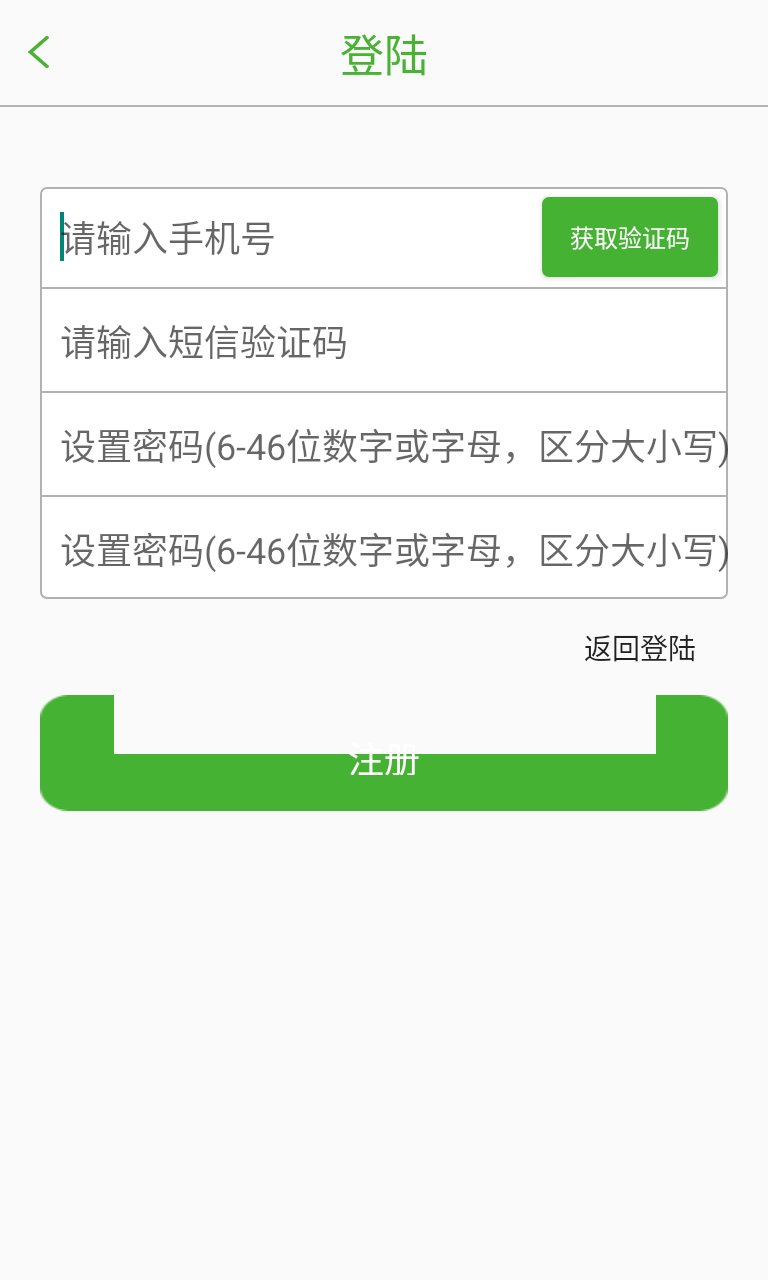
Repository: hjhlove110/XYApp
Layout: XYApp/res/layout/reg_view.xml
These files come from the project's save history. The layout is drawn as it stood at one moment and after the next save; the edit follows.
It is drawn on a 768 x 1280 px phone screen (xhdpi) without system bars, with theme AppTheme; the app's code is not run.

Above is the layout before, as saved 2015-09-24 06:58:20.

### XYApp/res/layout/reg_view.xml
<LinearLayout xmlns:android="http://schemas.android.com/apk/res/android"
    android:layout_width="fill_parent"
    android:layout_height="fill_parent"
    android:orientation="vertical" >

    <include layout="@layout/title" />

    <LinearLayout
        android:layout_width="match_parent"
        android:layout_height="wrap_content"
        android:layout_marginLeft="20dp"
        android:layout_marginRight="20dp"
        android:layout_marginTop="40dp"
        android:background="@drawable/txt_bg"
        android:orientation="vertical" >

        <LinearLayout
            android:layout_width="match_parent"
            android:layout_height="wrap_content"
            android:gravity="center_vertical"
            android:orientation="horizontal" >

            <EditText
                android:id="@+id/username"
                android:layout_width="0dp"
                android:layout_height="50dp"
                android:layout_weight="1"
                android:background="@null"
                android:digits="0123456789"
                android:hint="请输入手机号"
                android:paddingLeft="10dp"
                android:singleLine="true" >

                <requestFocus />
            </EditText>

            <Button
                android:id="@+id/getnumber"
                android:layout_width="wrap_content"
                android:layout_height="40dp"
                android:layout_margin="5dp"
                android:background="@drawable/btn_bg_shape"
                android:gravity="center"
                android:paddingLeft="10dp"
                android:paddingRight="10dp"
                android:text="获取验证码"
                android:textColor="#ffffff"
                android:textSize="12sp" >
            </Button>
        </LinearLayout>

        <View
            android:id="@+id/view1"
            android:layout_width="match_parent"
            android:layout_height="1dip"
            android:background="#b2b2b2" />

        <EditText
            android:id="@+id/msgnumber"
            android:layout_width="match_parent"
            android:layout_height="50dp"
            android:layout_marginTop="1dip"
            android:background="@null"
            android:hint="请输入短信验证码"
            android:inputType="number"
            android:paddingLeft="10dp"
            android:singleLine="true" >
        </EditText>

        <View
            android:id="@+id/view2"
            android:layout_width="match_parent"
            android:layout_height="1dip"
            android:background="#b2b2b2" />

        <EditText
            android:id="@+id/password"
            android:layout_width="match_parent"
            android:layout_height="50dp"
            android:layout_marginTop="1dip"
            android:background="@null"
            android:hint="设置密码(6-46位数字或字母，区分大小写)"
            android:inputType="textPassword"
            android:paddingLeft="10dp"
            android:singleLine="true" >
        </EditText>

        <View
            android:layout_width="match_parent"
            android:layout_height="1dip"
            android:background="#b2b2b2" />

        <EditText
            android:id="@+id/repassword"
            android:layout_width="match_parent"
            android:layout_height="50dp"
            android:layout_marginTop="1dip"
            android:background="@null"
            android:hint="设置密码(6-46位数字或字母，区分大小写)"
            android:inputType="textPassword"
            android:paddingLeft="10dp"
            android:singleLine="true" >
        </EditText>
    </LinearLayout>

    <Button
        android:id="@+id/reback"
        android:layout_width="wrap_content"
        android:layout_height="wrap_content"
        android:layout_gravity="right"
        android:layout_marginRight="20dp"
        android:background="@null"
        android:text="返回登陆" />

    <Button
        android:id="@+id/btnReg"
        android:layout_width="match_parent"
        android:layout_height="58dp"
        android:layout_marginLeft="20dp"
        android:layout_marginRight="20dp"
        android:background="@drawable/btn_login_selector"
        android:gravity="center"
        android:text="注册"
        android:textColor="#ffffff"
        android:textSize="18sp" >
    </Button>

</LinearLayout>

### XYApp/res/values/styles.xml
<resources>

    <!--
        Base application theme, dependent on API level. This theme is replaced
        by AppBaseTheme from res/values-vXX/styles.xml on newer devices.



    -->
    <style name="AppBaseTheme" parent="Theme.AppCompat.Light">
        <!--
            Theme customizations available in newer API levels can go in
            res/values-vXX/styles.xml, while customizations related to
            backward-compatibility can go here.



        -->
    </style>

    <!-- Application theme. -->
    <style name="AppTheme" parent="AppBaseTheme">

        <!-- All customizations that are NOT specific to a particular API-level can go here. -->
        <item name="android:windowNoTitle">true</item>
    </style>

    <style name="CheckBoxMain">
        <item name="android:button">@null</item>
        <item name="android:paddingTop">12dip</item>
        <item name="android:gravity">center</item>
        <item name="android:background">@drawable/bg_mune</item>
        <item name="android:textSize">14sp</item>
        <item name="android:textColor">#656565</item>
        <item name="android:layout_width">0dip</item>
        <item name="android:layout_height">wrap_content</item>
        <item name="android:layout_weight">1</item>
    </style>

    <style name="Translucent" parent="@android:style/Theme.Translucent">
        <item name="android:windowNoTitle">true</item>
        <item name="android:windowIsFloating">true</item>
        <item name="android:windowIsTranslucent">true</item>
        <item name="android:windowContentOverlay">@null</item>
        <item name="android:windowAnimationStyle">@android:style/Animation.Dialog</item>
        <item name="android:backgroundDimEnabled">true</item>
    </style>

</resources>

### XYApp/res/layout/title.xml
<?xml version="1.0" encoding="utf-8"?>
<LinearLayout xmlns:android="http://schemas.android.com/apk/res/android"
    android:layout_width="match_parent"
    android:layout_height="wrap_content"
    android:orientation="vertical" >

    <RelativeLayout
        android:layout_width="match_parent"
        android:layout_height="wrap_content" >

        <ImageButton
            android:id="@+id/btnBack"
            android:layout_width="wrap_content"
            android:layout_height="wrap_content"
            android:layout_centerVertical="true"
            android:layout_margin="10dp"
            android:background="@drawable/btn_back_selector" />

        <TextView
            android:id="@+id/title"
            android:layout_width="wrap_content"
            android:layout_height="wrap_content"
            android:layout_centerHorizontal="true"
            android:layout_centerVertical="true"
            android:layout_margin="10dp"
            android:text="登陆"
            android:textAppearance="?android:attr/textAppearanceLarge"
            android:textColor="#49b233" />

        <ImageButton
            android:id="@+id/btnRight"
            android:layout_width="wrap_content"
            android:layout_height="wrap_content"
            android:layout_alignParentRight="true"
            android:layout_centerVertical="true"
            android:layout_marginRight="10dp"
            android:visibility="invisible"
            android:background="@drawable/btn_right_selector" />
    </RelativeLayout>

    <View
        android:layout_width="match_parent"
        android:layout_height="1dp"
        android:background="#b2b2b2" />

</LinearLayout>

### XYApp/res/drawable/txt_bg.xml
<?xml version="1.0" encoding="utf-8"?>
<shape xmlns:android="http://schemas.android.com/apk/res/android"
    android:shape="rectangle" >

    <corners android:radius="3dp" />

    <solid android:color="#ffffff" />

    <stroke
        android:width="1dp"
        android:color="#b2b2b2" />

</shape>

### XYApp/res/drawable/btn_bg_shape.xml
<?xml version="1.0" encoding="utf-8"?>
<shape xmlns:android="http://schemas.android.com/apk/res/android"
    android:shape="rectangle" >

    <corners android:radius="3dp" />

    <solid android:color="#45b233" />

    <stroke
        android:width="1dp"
        android:color="#45b233" />

</shape>

### XYApp/res/drawable/btn_login_selector.xml
<?xml version="1.0" encoding="UTF-8"?>
<selector xmlns:android="http://schemas.android.com/apk/res/android">

    <item android:drawable="@drawable/loginbtn_p" android:state_checked="true"/>
    <item android:drawable="@drawable/loginbtn_p" android:state_pressed="true"/>
    <item android:drawable="@drawable/loginbtn"/>

</selector>

### XYApp/res/drawable/btn_back_selector.xml
<?xml version="1.0" encoding="UTF-8"?>
<selector xmlns:android="http://schemas.android.com/apk/res/android">

    <item android:drawable="@drawable/l_back_p" android:state_checked="true"/>
    <item android:drawable="@drawable/l_back_p" android:state_pressed="true"/>
    <item android:drawable="@drawable/l_back"/>

</selector>

### XYApp/res/drawable/btn_right_selector.xml
<?xml version="1.0" encoding="UTF-8"?>
<selector xmlns:android="http://schemas.android.com/apk/res/android">

    <item android:drawable="@drawable/pic1_press" android:state_checked="true"/>
    <item android:drawable="@drawable/pic1_press" android:state_pressed="true"/>
    <item android:drawable="@drawable/pic1"/>

</selector>

Loaded but not shown: XYApp/res/values-v11/styles.xml (common file); XYApp/res/values-v14/styles.xml (common file)

After the next save:
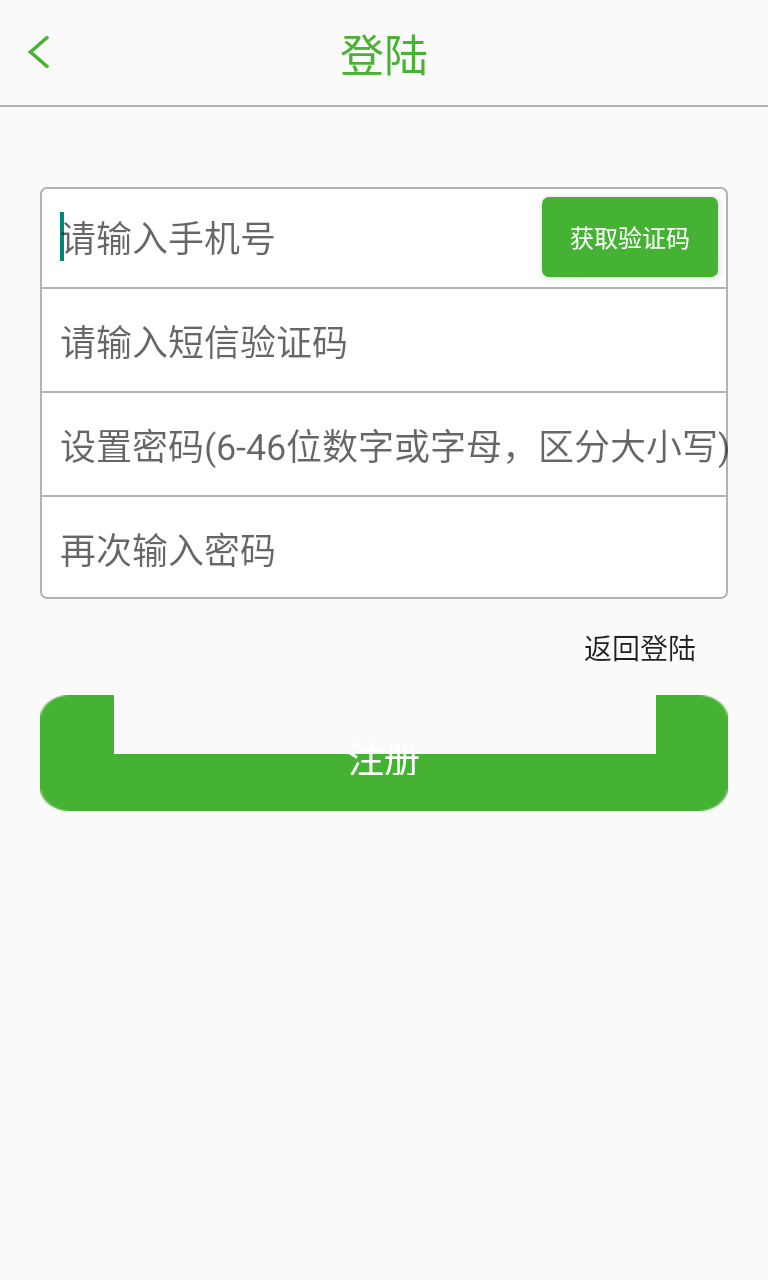
Saved 29 s later.
--- a/XYApp/res/layout/reg_view.xml
+++ b/XYApp/res/layout/reg_view.xml
@@ -96,7 +96,7 @@
             android:layout_height="50dp"
             android:layout_marginTop="1dip"
             android:background="@null"
-            android:hint="设置密码(6-46位数字或字母，区分大小写)"
+            android:hint="再次输入密码"
             android:inputType="textPassword"
             android:paddingLeft="10dp"
             android:singleLine="true" >
